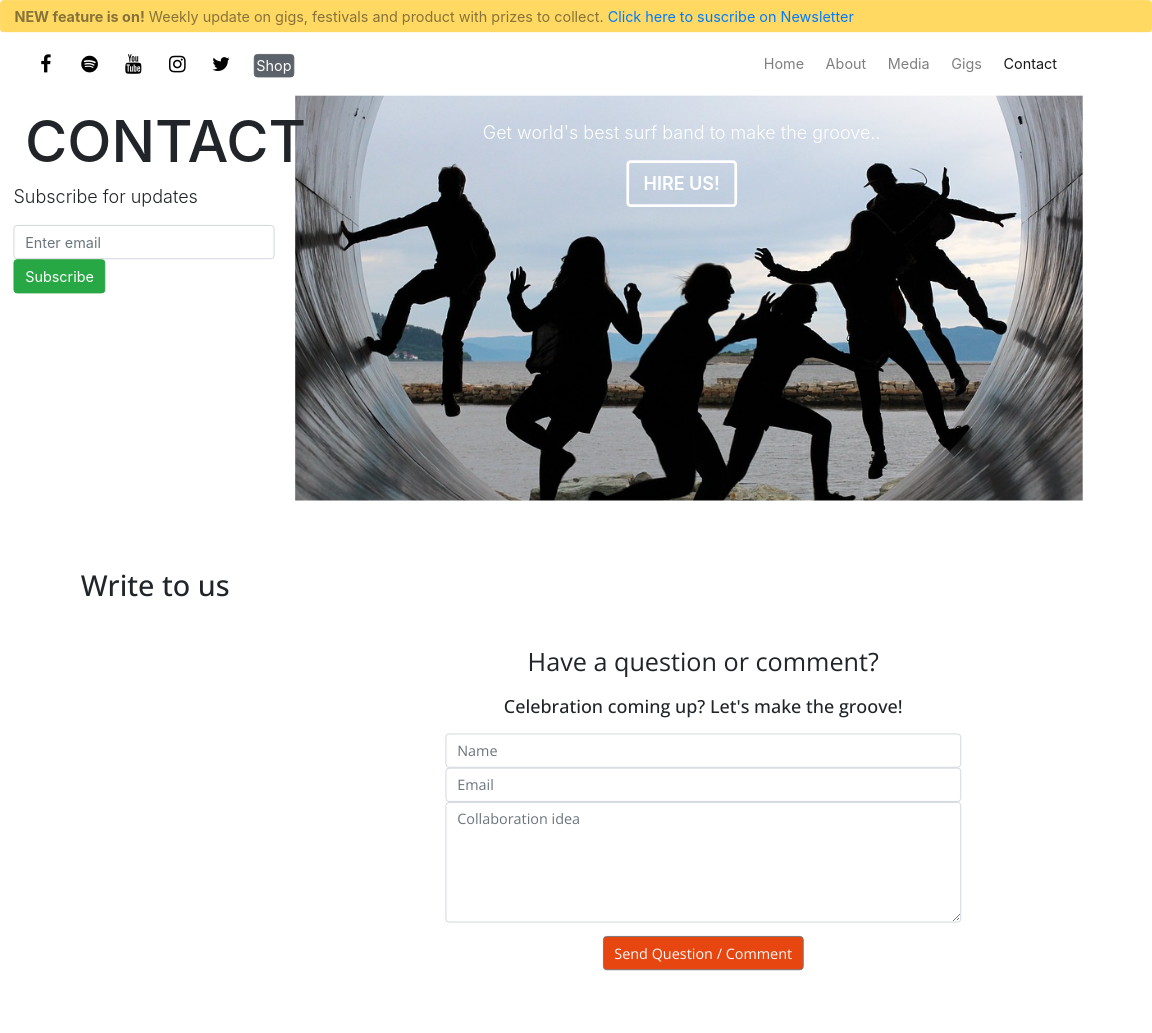
Repository: NamcorStudent/Stream_1_Project_HTML5-CSS3
Page: contact.html
The author's editor kept a record of every edit. The page is drawn from the files as they stood at one moment, then again after the next edit.
The browser window is 1280 px wide. The pictures show the whole page, at 90% of full size.
Some web libraries are served in a nearby version.

Above is the page before.

After the next edit:
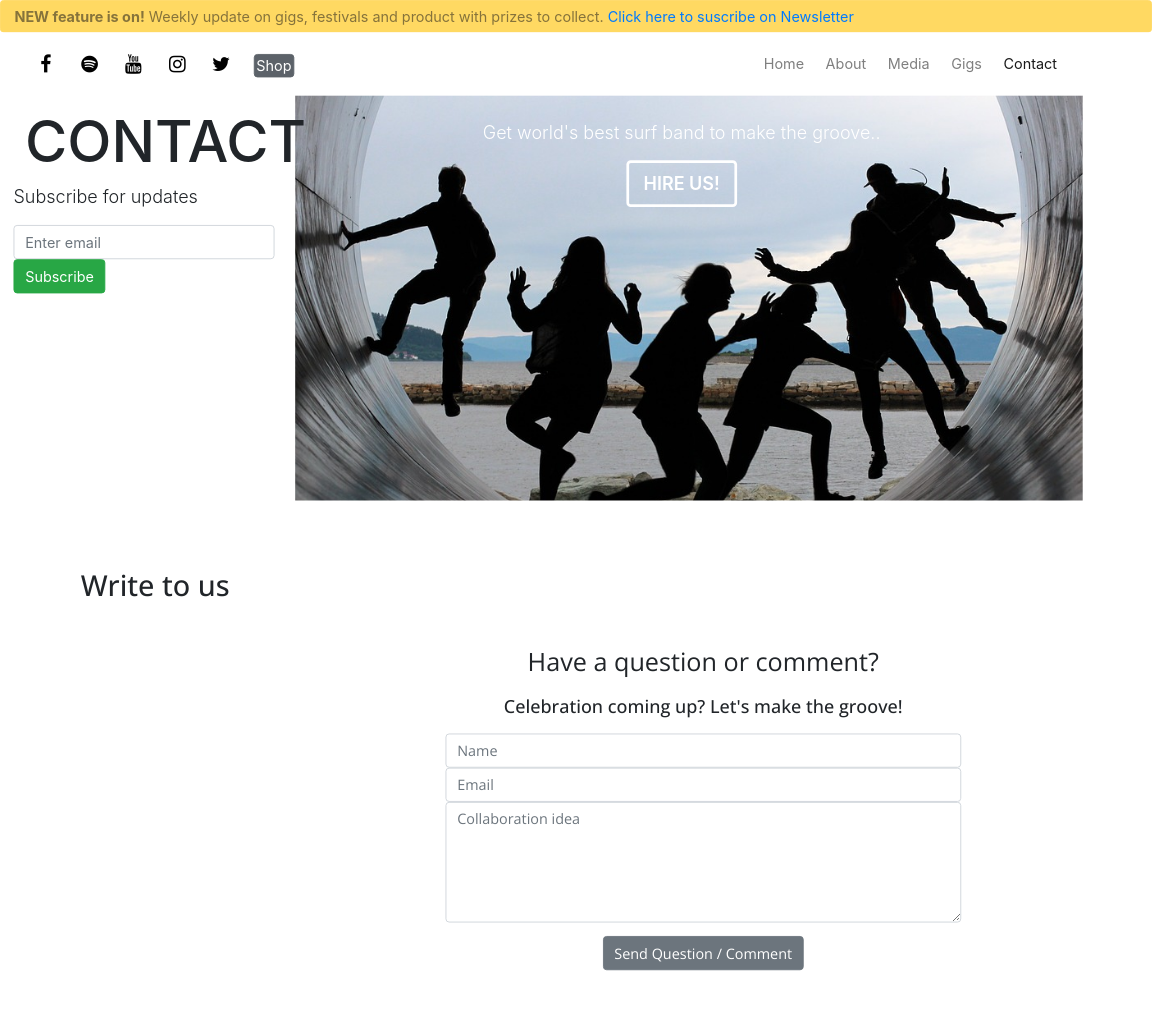
The edit:
--- a/assets/css/style.css
+++ b/assets/css/style.css
@@ -496,6 +496,5 @@
 .btn-submit-form {
     margin-top: 15px;
     margin-bottom: 20px;
-    color: #fafafa;
-    background-color: #e84610;
-}
+
+}
